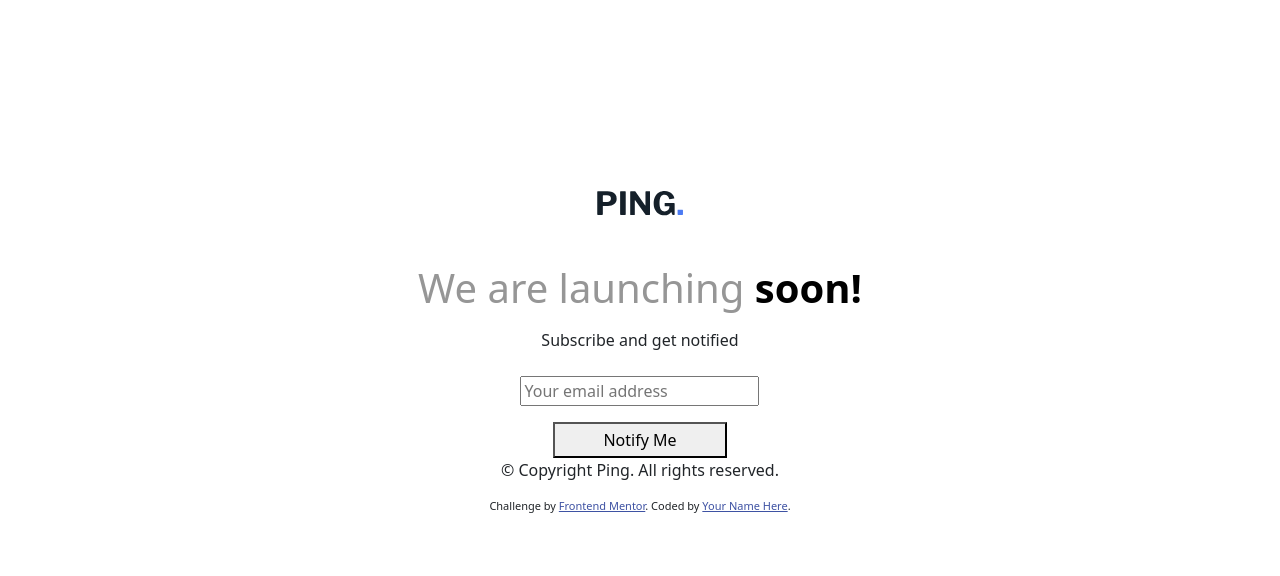
Repository: blordeus/ping-coming-soon-page-master
Page: index.html
The author's editor kept a copy of each file at every save. The page is drawn from the files as they stood at one save, then again after a run of saves.
The browser window is 1280 px wide. The pictures show the whole page.
The style sheet was rebuilt from its Sass, Less or Tailwind sources for each picture, by a compiler version that may differ from the author's.

Above is the page before, as saved 2023-08-31 11:18:38.

After the next 3 saves:
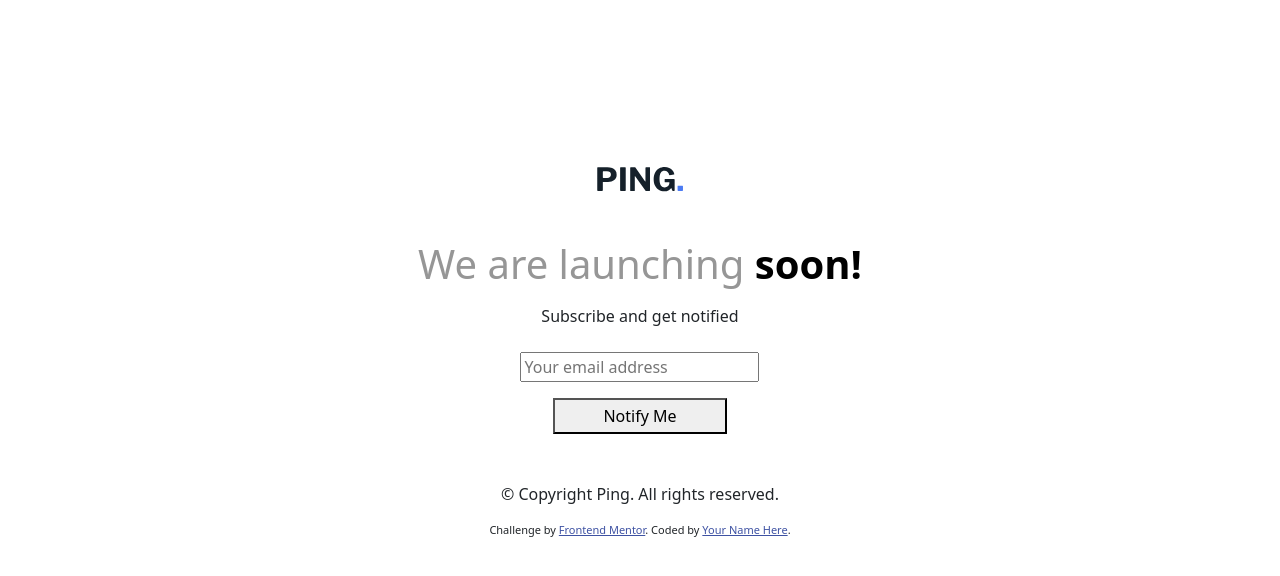
The 3 saves are shown as one change because they came seconds apart.
The last was saved 22 s later.
--- a/index.html
+++ b/index.html
@@ -19,7 +19,7 @@
 
     <p class="mt-3 mb-4">Subscribe and get notified</p>
 
-    <div >
+    <div class="mb-5">
       <input class="" type="email" placeholder="Your email address">
       <br>
       <button class="px-5 py-1 mt-3">Notify Me</button>
